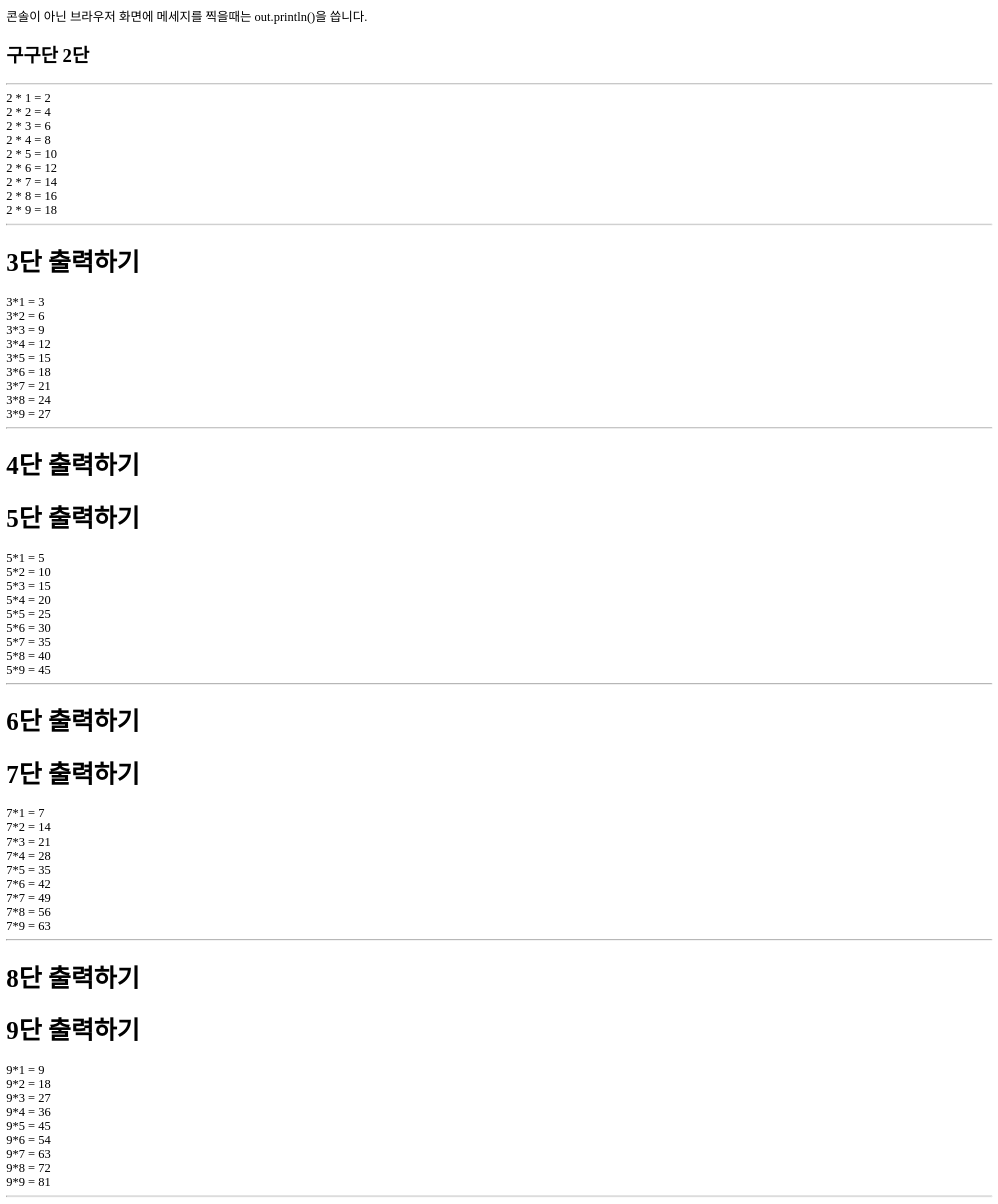
Repository: limbbbyoung/JSP_practice
Page: http://localhost/JSPbasic/jsptag/scriptlet.jsp
The author's editor kept a copy of each file at every save. The page is drawn from the files as they stood at one save, then again after the next save.
The browser window is 1280 px wide. The pictures show the whole page, at 78% of full size.
The page is served by Tomcat 9.

Above is the page before, as saved 2022-03-22 12:08:35.

### JSPbasic/src/main/webapp/jsptag/scriptlet.jsp
<%@ page language="java" contentType="text/html; charset=UTF-8"
    pageEncoding="UTF-8"%>
<!DOCTYPE html>
<html>
<head>
<meta charset="UTF-8">
<title>Insert title here</title>
</head>
<body>
     <% System.out.println("콘솔에 메세지를 찍을때는 System.out.println()을 씁니다.");
     out.println("콘솔이 아닌 브라우저 화면에 메세지를 찍을때는 out.println()을 씁니다."); %>
     <h2>구구단 2단</h2><hr/>
     <%
        // 구구단 2단을 브라우저에 출력해주세요.
        for(int i = 1; i < 10; i++){
        	out.println("2 * " + i + " = " + 2*i +"<br/>");
        }
     %>
     <hr/>
     <!-- 반복문과 조건문을 이용하여 구구단 홀수단(3, 5, 7, 9)을 화면에 출력해주세요. -->
     <%
        // 구구단 홀수단
        for(int i = 3; i < 10; i++){
        	out.println("<h1>" + i + "단 출력하기</h1>");
        	if(i%2==0){
        		continue;
        	}
        	for(int j = 1; j < 10; j++){
        		out.println(i + "*" + j + " = " + i * j + "<br/>");
        	}
        	out.println("<hr/>");
        }
     %>
</body>
</html>

After the next save:
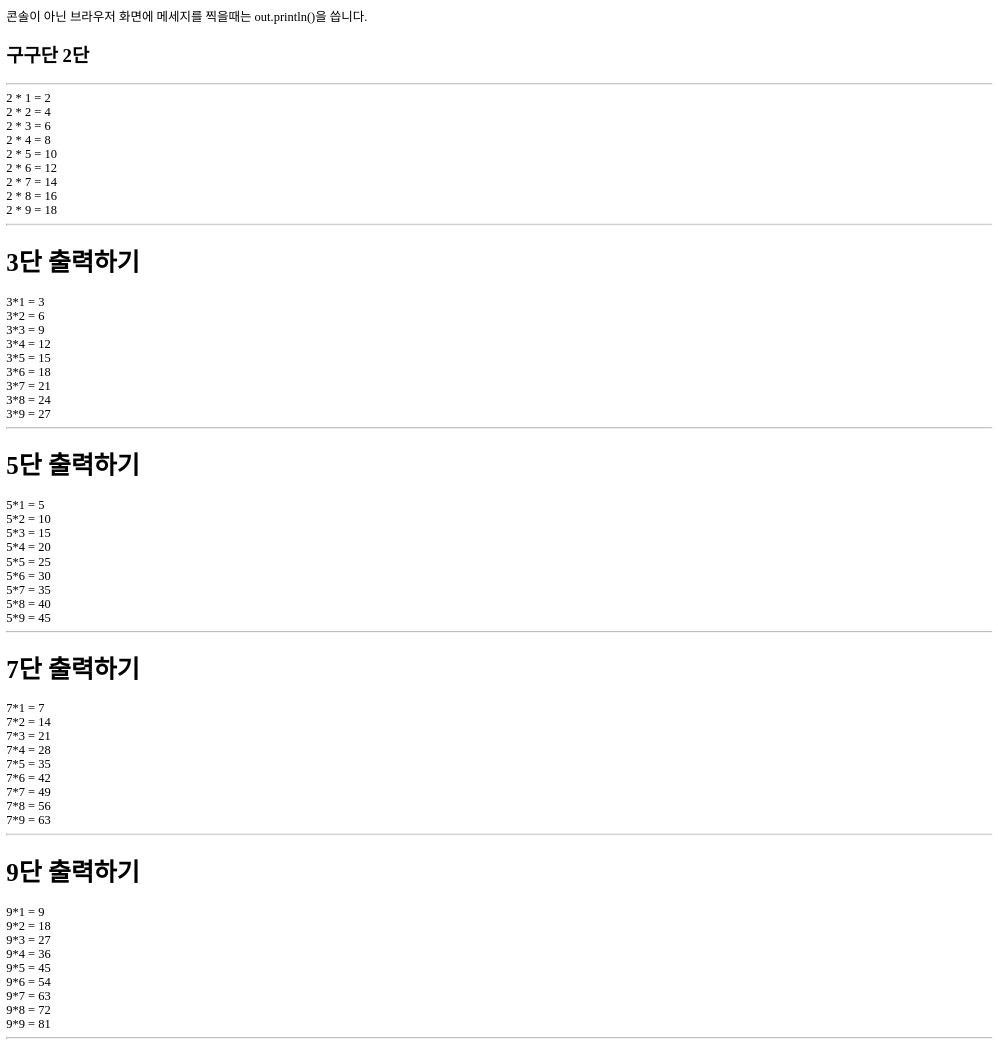
Saved 64 s later.
--- a/JSPbasic/src/main/webapp/jsptag/scriptlet.jsp
+++ b/JSPbasic/src/main/webapp/jsptag/scriptlet.jsp
@@ -21,10 +21,10 @@
      <%
         // 구구단 홀수단
         for(int i = 3; i < 10; i++){
-        	out.println("<h1>" + i + "단 출력하기</h1>");
         	if(i%2==0){
         		continue;
         	}
+        	out.println("<h1>" + i + "단 출력하기</h1>");
         	for(int j = 1; j < 10; j++){
         		out.println(i + "*" + j + " = " + i * j + "<br/>");
         	}
